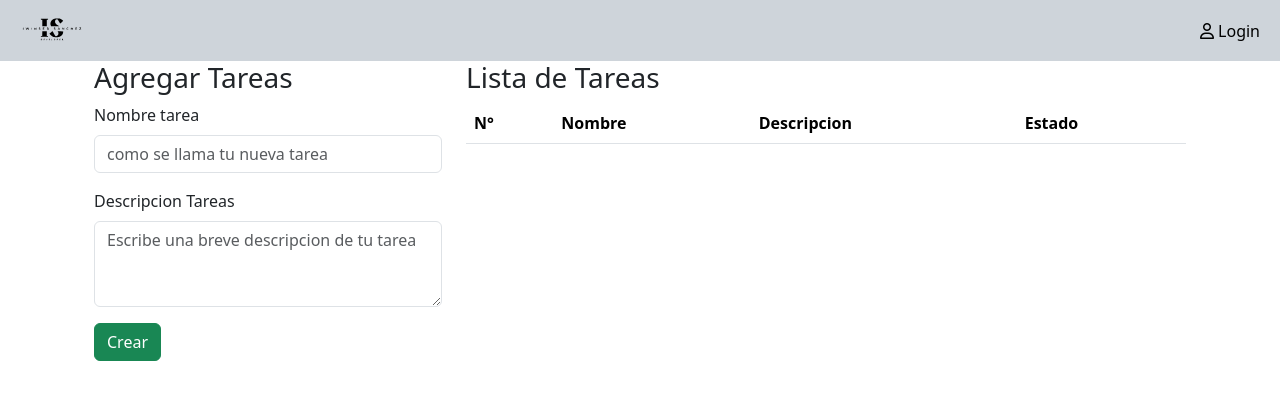
Repository: iwinser117/lista-Tareas
Page: src/public/index.html
The author's editor kept a copy of each file at every save. The page is drawn from the files as they stood at one save, then again after the next save.
The browser window is 1280 px wide. The pictures show the whole page.
The page's requests for data from a server got no answer. Some web libraries are served in a nearby version.

Above is the page before, as saved 2023-01-03 20:32:24.

After the next save:
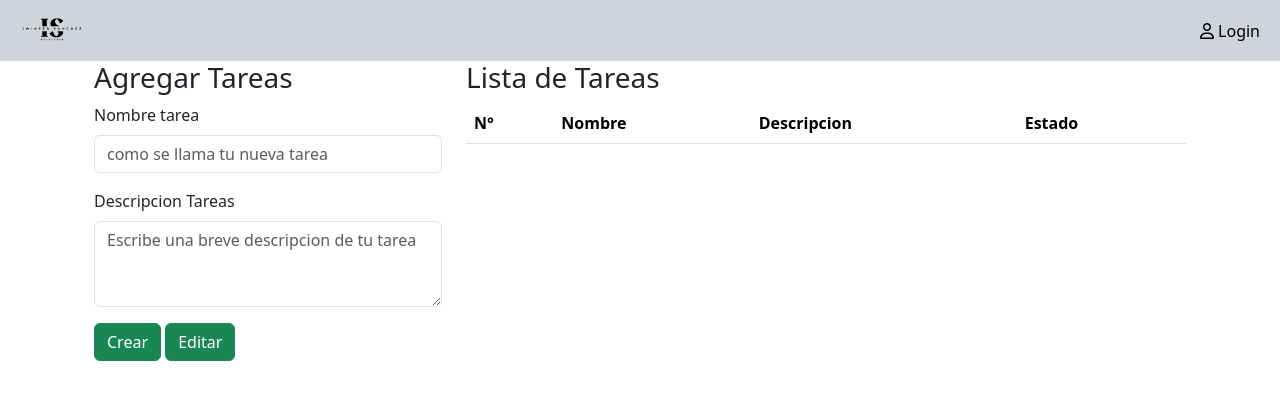
Saved 49 min 38 s later.
--- a/src/public/index.html
+++ b/src/public/index.html
@@ -85,8 +85,11 @@
             ></textarea>
           </div>
 
-          <button  type="submit" id="button-form" class="btn btn-success">
+          <button type="submit" id="button-form" class="btn btn-success">
             Crear
+          </button>
+          <button id="button-actualizar" onclick="actualizarDatos()" class="btn btn-success">
+            Editar
           </button>
         </div>
       </section>
